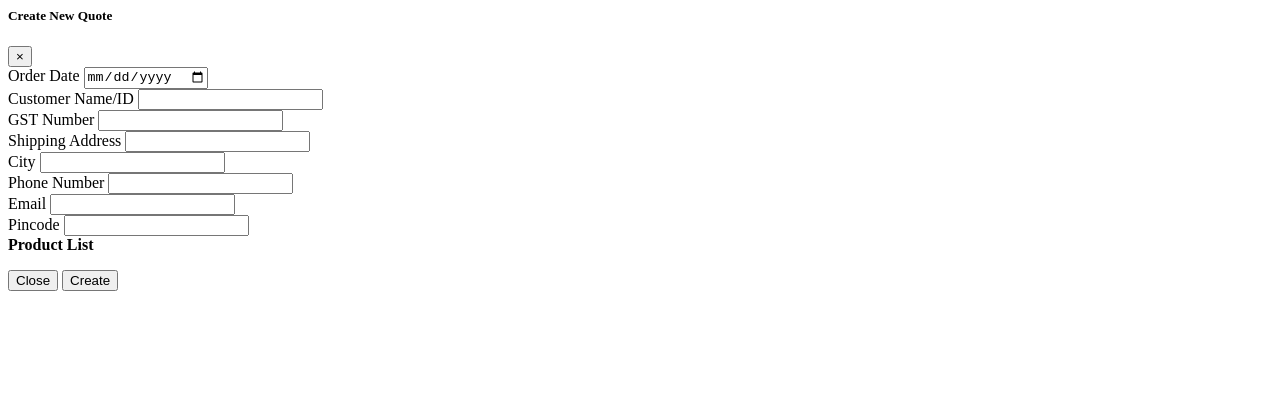
Repository: hrishibhattu/CodeFury-Internal-2
Page: ToYoDo/WebContent/WEB-INF/modal/quote.html
The author's editor kept a copy of each file at every save. The page is drawn from the files as they stood at one save, then again after the next save.
The browser window is 1280 px wide. The pictures show the whole page.

Above is the page before, as saved 2021-09-19 06:40:19.

After the next save:
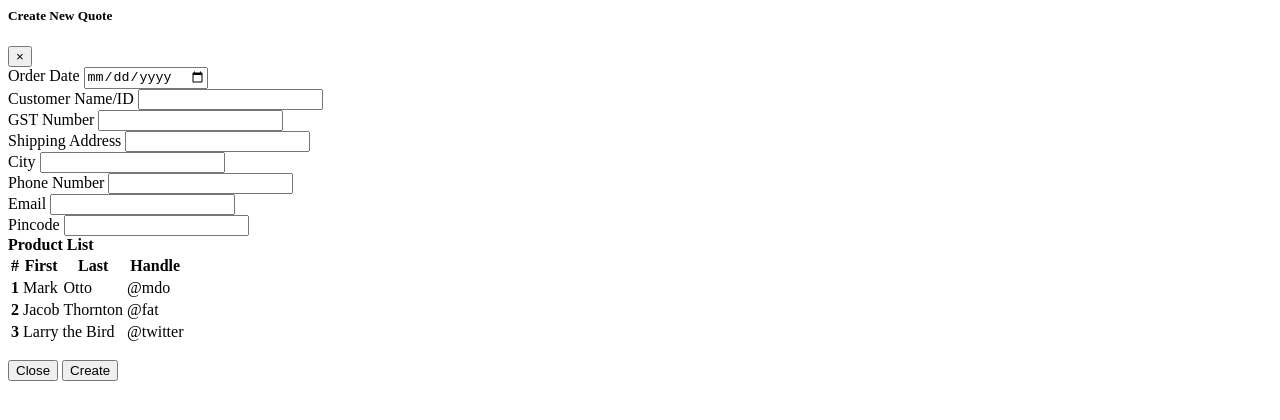
Saved 8 min 34 s later.
--- a/ToYoDo/WebContent/WEB-INF/modal/quote.html
+++ b/ToYoDo/WebContent/WEB-INF/modal/quote.html
@@ -56,6 +56,39 @@
 					<div class="container-fluid">
 					    <div class="row">
 					      <strong>Product List</strong>
+
+					      <table class="table table-hover">
+							  <thead>
+							    <tr>
+							      <th scope="col">#</th>
+							      <th scope="col">First</th>
+							      <th scope="col">Last</th>
+							      <th scope="col">Handle</th>
+							    </tr>
+							  </thead>
+							  <tbody>
+							    <tr>
+							      <th scope="row">1</th>
+							      <td>Mark</td>
+							      <td>Otto</td>
+							      <td>@mdo</td>
+							    </tr>
+							    <tr>
+							      <th scope="row">2</th>
+							      <td>Jacob</td>
+							      <td>Thornton</td>
+							      <td>@fat</td>
+							    </tr>
+							    <tr>
+							      <th scope="row">3</th>
+							      <td colspan="2">Larry the Bird</td>
+							      <td>@twitter</td>
+							    </tr>
+							  </tbody>
+						</table>
+
+
+
 					    </div>
 					</div>
 				</form>
